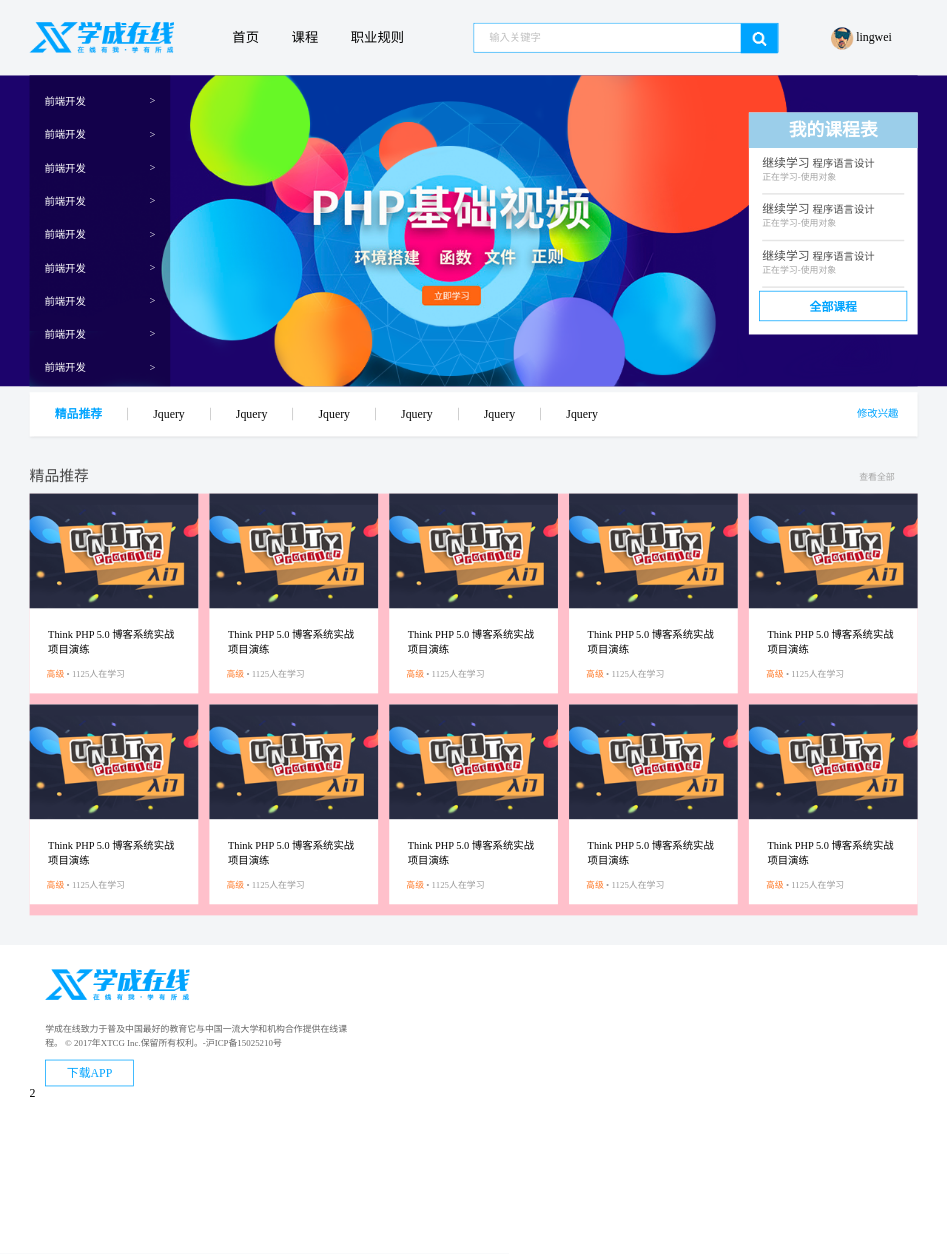
Repository: DengBiHua/xcdx
Page: index.html
An editor plug-in stored every save of this project. The page is shown before and after the next save, followed by the edit.
The browser window is 1280 px wide. The pictures show the whole page, at 74% of full size.

Above is the page before, as saved 2022-04-15 11:05:11.

### index.html
<!DOCTYPE html>
<html lang="en">
<head>
    <meta charset="UTF-8">
    <meta http-equiv="X-UA-Compatible" content="IE=edge">
    <meta name="viewport" content="width=device-width, initial-scale=1.0">
    <title>学成在线</title>
    <link rel="stylesheet" href="css/index.css">
</head>
<body>
    <!-- 头部 -->
    <div class="header wrapper">
        <h1>
            <a href="#">
                <img src="images/logo.png" alt="">
            </a>
        </h1>
        <!-- 导航 -->
        <div class="nav">
            <ul>
                <li><a href="#">首页</a></li>
                <li><a href="#">课程</a></li>
                <li><a href="#">职业规则</a></li>
            </ul>
        </div>
        <!-- 搜索 -->
        <div class="search">
            <input type="text" placeholder="输入关键字">
            <button></button>
        </div>
        <!-- 用户 -->
        <div class="user">
            <img src="./images/user.png" alt="">
            <span>lingwei</span>
        </div>
    </div>
    <div class="banner">
        <div class="wrapper">
            <div class="left">
                <ul>
                    <li><a href="#">前端开发<span>></span></a></li>
                    <li><a href="#">前端开发<span>></span></a></li>
                    <li><a href="#">前端开发<span>></span></a></li>
                    <li><a href="#">前端开发<span>></span></a></li>
                    <li><a href="#">前端开发<span>></span></a></li>
                    <li><a href="#">前端开发<span>></span></a></li>
                    <li><a href="#">前端开发<span>></span></a></li>
                    <li><a href="#">前端开发<span>></span></a></li>
                    <li><a href="#">前端开发<span>></span></a></li>
                </ul>
            </div>
            <div class="right">
                <h2>我的课程表</h2>
                <div class="content">
                    <dl>
                        <dt>
                            <span class="titleLeft">继续学习</span>
                            <span class="titleRight">程序语言设计</span>
                        </dt>
                        <dd>正在学习-使用对象</dd>
                    </dl>
                    <dl>
                        <dt>
                            <span class="titleLeft">继续学习</span>
                            <span class="titleRight">程序语言设计</span>
                        </dt>
                        <dd>正在学习-使用对象</dd>
                    </dl>
                    <dl>
                        <dt>
                            <span class="titleLeft">继续学习</span>
                            <span class="titleRight">程序语言设计</span>
                        </dt>
                        <dd>正在学习-使用对象</dd>
                    </dl>
                </div>
                <a href="#" class="all">全部课程</a>
            </div>
        </div>
    </div>
    <!-- 精品推荐 -->
    <div class="recommend wrapper">
        <h2>精品推荐</h2>
        <ul>
            <li><a href="#">Jquery</a></li>
            <li><a href="#">Jquery</a></li>
            <li><a href="#">Jquery</a></li>
            <li><a href="#">Jquery</a></li>
            <li><a href="#">Jquery</a></li>
            <li><a href="#">Jquery</a></li>
        </ul>
        <a href="#" class="interest">修改兴趣</a>
    </div>
    <div class="recommendDetail wrapper">
        <div class="title">
            <h2>精品推荐</h2>
            <a href="#">查看全部</a>
        </div>
        <div class="content clearfix">
            <ul>
                <li>
                    <a href="#">
                        <img src="./images/course07.png" alt="">
                        <h3>Think PHP 5.0 博客系统实战项目演练</h3>
                        <p><span>高级</span>  •  1125人在学习</p>
                    </a>
                </li>
                <li>
                    <a href="#">
                        <img src="./images/course07.png" alt="">
                        <h3>Think PHP 5.0 博客系统实战项目演练</h3>
                        <p><span>高级</span>  •  1125人在学习</p>
                    </a>
                </li>
                <li>
                    <a href="#">
                        <img src="./images/course07.png" alt="">
                        <h3>Think PHP 5.0 博客系统实战项目演练</h3>
                        <p><span>高级</span>  •  1125人在学习</p>
                    </a>
                </li>
                <li>
                    <a href="#">
                        <img src="./images/course07.png" alt="">
                        <h3>Think PHP 5.0 博客系统实战项目演练</h3>
                        <p><span>高级</span>  •  1125人在学习</p>
                    </a>
                </li>
                <li>
                    <a href="#">
                        <img src="./images/course07.png" alt="">
                        <h3>Think PHP 5.0 博客系统实战项目演练</h3>
                        <p><span>高级</span>  •  1125人在学习</p>
                    </a>
                </li>
                <li>
                    <a href="#">
                        <img src="./images/course07.png" alt="">
                        <h3>Think PHP 5.0 博客系统实战项目演练</h3>
                        <p><span>高级</span>  •  1125人在学习</p>
                    </a>
                </li>
                <li>
                    <a href="#">
                        <img src="./images/course07.png" alt="">
                        <h3>Think PHP 5.0 博客系统实战项目演练</h3>
                        <p><span>高级</span>  •  1125人在学习</p>
                    </a>
                </li>
                <li>
                    <a href="#">
                        <img src="./images/course07.png" alt="">
                        <h3>Think PHP 5.0 博客系统实战项目演练</h3>
                        <p><span>高级</span>  •  1125人在学习</p>
                    </a>
                </li>
                <li>
                    <a href="#">
                        <img src="./images/course07.png" alt="">
                        <h3>Think PHP 5.0 博客系统实战项目演练</h3>
                        <p><span>高级</span>  •  1125人在学习</p>
                    </a>
                </li>
                <li>
                    <a href="#">
                        <img src="./images/course07.png" alt="">
                        <h3>Think PHP 5.0 博客系统实战项目演练</h3>
                        <p><span>高级</span>  •  1125人在学习</p>
                    </a>
                </li>
            </ul>
        </div>
    </div>
    <div class="footer">
        <div class="wrapper">
            <div class="left">
                <img src="./images/logo.png" alt="">
                <p>学成在线致力于普及中国最好的教育它与中国一流大学和机构合作提供在线课程。
                    © 2017年XTCG Inc.保留所有权利。-沪ICP备15025210号</p>
                <a href="#">下载APP</a>
            </div>
            <div class="right">2</div>
        </div>
    </div>
</body>
</html>

### css/index.css
/* css代码顺序
1、浮动/display
2、盒子模型
3、文字样式
 */

/* 通用模版 */
* {
    margin: 0;
    padding: 0;
    /* 内减模式 */
    box-sizing: border-box;
}
li {
    /* 清除列表前方小圆点 */
    list-style-type: none;
}
a {
    /* 去除超链接文字的下划线 */
    text-decoration: none;
}
.clearfix::before,.clearfix::after {
    content: "";
    display: table;
}
.clearfix::after {
    clear: both;
}

/* 版心 */
.wrapper {
    width: 1200px;
    margin: 0 auto;
}

body {
    background-color: #f3f5f7;
}

/* 头部 */
.header {
    height: 42px;
    margin: 30px auto;
}

h1 {
    float: left;
}

/* 导航 */
.nav {
    float: left;

    height: 42px;
    margin-left: 70px;
}

.nav li {
    float: left;

    margin-right: 26px;
}

.nav li a {
    display: block;

    padding: 0 9px;
    height: 42px;
    line-height: 42px;

    font-size: 18px;
    color: #050505;
}

.nav li a:hover {
    border-bottom: 2px solid #00a4ff;
}

.search {
    float: left;
    margin-left: 59px;
    margin-top: 1px;
    width: 412px;
    height: 40px;
    border: 1px solid #00a4ff;
}

.search input {
    float: left;
    padding-left: 20px;
    width: 360px;
    height: 38px;
    border: 0;
}

.search input::placeholder {
    font-size: 14px;
    color: #bfbfbf;
}

.search button {
    float: left;
    width: 50px;
    height: 40px;
    background-image: url(../images/btn.png);
    border: 0;
}

.user {
    float: right;
    margin-right: 35px;
    height: 42px;
    line-height: 42px;
}

.user img {
    /* 调节图片垂直方向对齐方式 */
    vertical-align: middle;
}

.banner {
    height: 420px;
    background-color: #1c036c;
}

.banner .wrapper {
    height: 420px;
    background-image: url(../images/banner2.png);
}

.banner .left {
    float: left;
    padding: 0 20px;
    width: 190px;
    height: 420px;
    background-color: rgba(0, 0, 0, 0.3);
    line-height: 44px;
}

.banner ul {
    margin-top: 13px;
}

.banner a {
    font-size: 14px;
    color: #ffffff;
}

.banner a:hover {
    color: #00b4ff;
}

.banner .left span {
    float: right;
}

.banner .right {
    float: right;
    margin-top: 50px;
    width: 228px;
    height: 300px;
    background-color: #ffffff;
}

.banner .right h2 {
    height: 48px;
    background-color: #9bceea;
    font: 18px;
    color: #ffffff;
    text-align: center;
    line-height: 48px;
}

.banner .content {
    padding: 0 18px;
}

.banner .right dl {
    padding: 12px 0;
    border-bottom: 2px solid #e5e5e5;
}

.banner .right .content dt {
    color: #4e4e4e;
    line-height: 16px;
}

.banner .right .titleLeft {
    font-size: 16px;
}

.banner .right .titleRight {
    font-size: 14px;
}

.banner .right .content dd {
    color: #a5a5a5;
    font-size: 12px;
    line-height: 20px;
}

.banner .right .all {
    display: block;
    margin: 4px auto 0;
    width: 200px;
    height: 41px;
    border: 1px solid #00a4ff;
    font-weight: 700;
    font-size: 16px;
    color: #00a4ff;
    text-align: center;
    line-height: 41px;
}

.recommend {
    margin-top: 8px;
    height: 60px;
    background-color: #ffffff;
    box-shadow: 0px 2px 3px 0px rgba(118, 118, 118, 0.2);
    line-height: 60px;
}

.recommend h2 {
    float: left;
    width: 132px;
    text-align: center;
    font-size: 16px;
    font-weight: bold;
    color: #00a4ff;
}

.recommend ul {
    float: left;
}

.recommend ul li {
    float: left;
}

.recommend ul li a {
    padding: 0 34px;
    border-left: 1px solid #bfbfbf;
    font-size: 16px;
    color: #050505;
}

.recommend .interest {
    float: right;
    padding: 0 26px;
    font-size: 14px;
    color: #00a4ff;
}

.recommendDetail {
    margin-top: 37px;
}

.recommendDetail .title {
    height: 40px;
}

.recommendDetail .title h2 {
    float: left;
    font-size: 20px;
    color: #494949;
    font-weight: 400;
}

.recommendDetail .title a {
    float: right;
    padding: 8px 31px 0;
    font-size: 12px;
    color: #a5a5a5;
}

.recommendDetail .content {
    background-color: pink;
}

.recommendDetail .content li {
    float: left;
    margin-right: 15px;
    margin-bottom: 15px;
}

.recommendDetail .content li:nth-child(5n) {
    margin-right: 0px;
}

.recommendDetail .content a {
    display: block;
    width: 228px;
    height: 270px;
    background-color: #ffffff;
}

.recommendDetail .content h3 {
    margin: 20px 25px 0;
    font-size: 14px;
    font-weight: 400;
    color: #050505;
}

.recommendDetail .content p {
    margin-left: 23px;
    margin-top: 15px;
    font-size: 12px;
    color: #999999;
}

.recommendDetail .content p span {
    color: #ff7c2d;
}

.footer {
    margin-top: 40px;
    padding-top: 33px;
    height: 417px;
    background-color: #ffffff;
}

.footer .left {
    margin-left: 21px;
    width: 426px;
}

.footer .left p {
    margin-top: 25px;
    font-size: 12px;
    color: #666666;
}

.footer .left a {
    display: block;
    margin-top: 15px;
    width: 120px;
    height: 36px;
    border: 1px solid #00a4ff;
    font-size: 16px;
    color: #00a4ff;
    text-align: center;
    line-height: 36px;
}

.footer.right {
    margin-right: 31px;
}

.footer .right dl {
    float: left;
    margin-left: 121px;
}

After the next save:
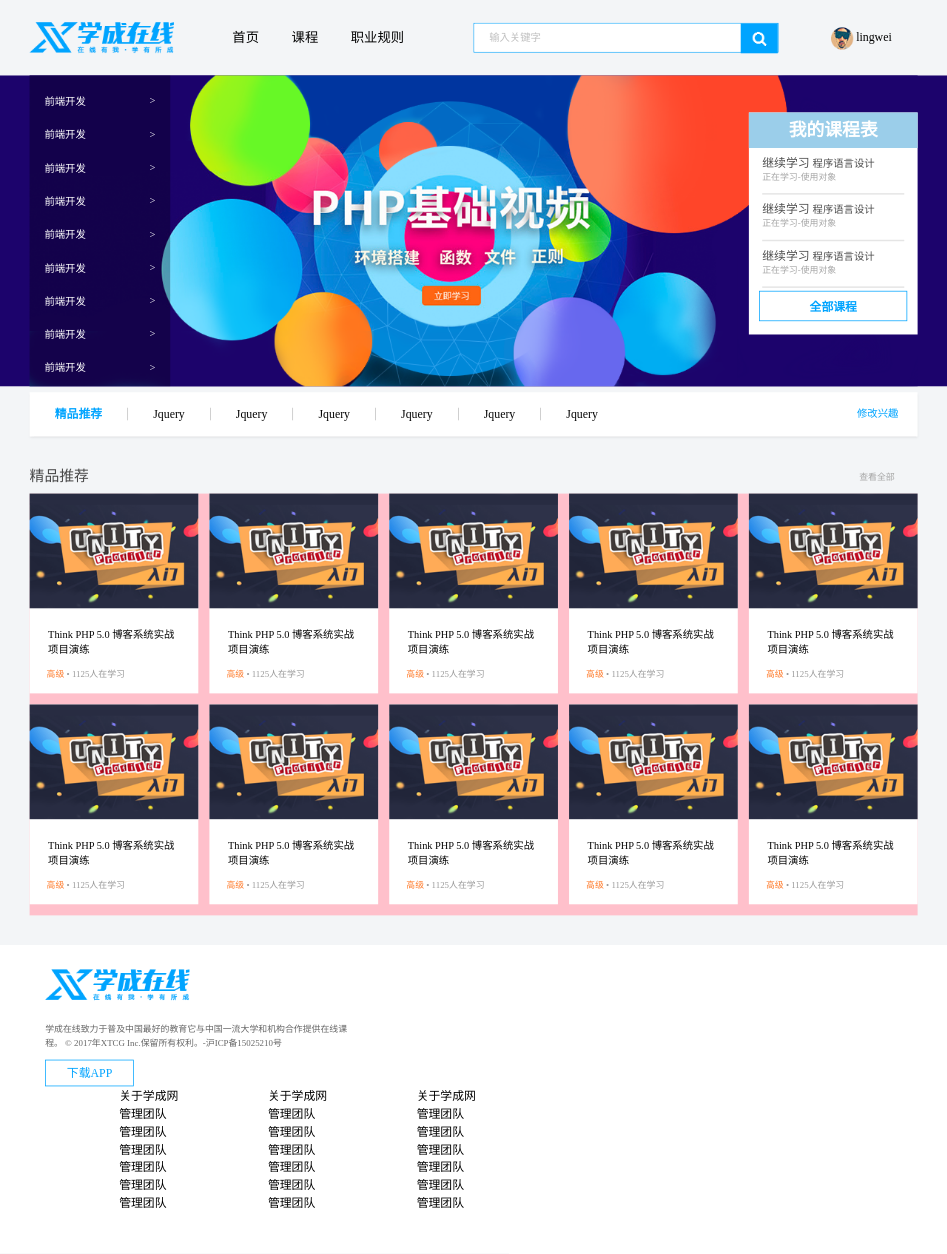
Saved 5 s later.
--- a/index.html
+++ b/index.html
@@ -179,7 +179,35 @@
                     © 2017年XTCG Inc.保留所有权利。-沪ICP备15025210号</p>
                 <a href="#">下载APP</a>
             </div>
-            <div class="right">2</div>
+            <div class="right">
+                <dl>
+                    <dt>关于学成网</dt>
+                    <dd>管理团队</dd>
+                    <dd>管理团队</dd>
+                    <dd>管理团队</dd>
+                    <dd>管理团队</dd>
+                    <dd>管理团队</dd>
+                    <dd>管理团队</dd>
+                </dl>
+                <dl>
+                    <dt>关于学成网</dt>
+                    <dd>管理团队</dd>
+                    <dd>管理团队</dd>
+                    <dd>管理团队</dd>
+                    <dd>管理团队</dd>
+                    <dd>管理团队</dd>
+                    <dd>管理团队</dd>
+                </dl>
+                <dl>
+                    <dt>关于学成网</dt>
+                    <dd>管理团队</dd>
+                    <dd>管理团队</dd>
+                    <dd>管理团队</dd>
+                    <dd>管理团队</dd>
+                    <dd>管理团队</dd>
+                    <dd>管理团队</dd>
+                </dl>
+            </div>
         </div>
     </div>
 </body>
